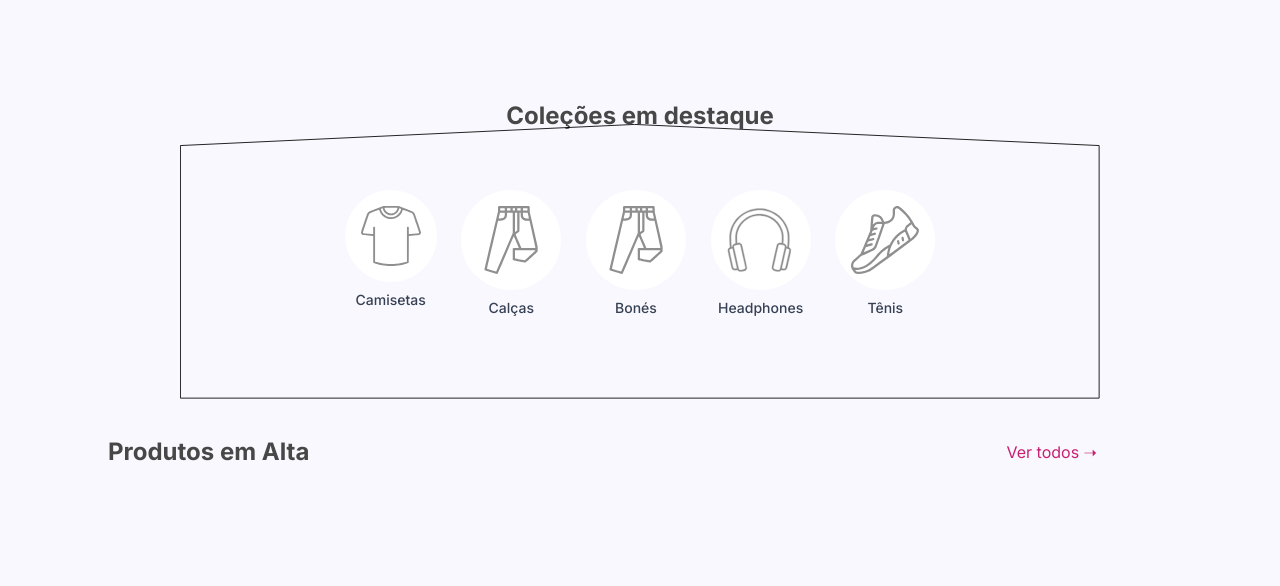
Repository: gimoli/loja-digital
Page: index.html
The author's editor kept a copy of each file at every save. The page is drawn from the files as they stood at one save, then again after the next save.
The browser window is 1280 px wide. The pictures show the part of the page from y = 1294 to 1920 px (the page is 1880 px tall before and 1920 px after).

Above is the page before, as saved 2025-04-25 15:01:28.

### index.html
<!DOCTYPE html>
<html lang="pt-br">
<head>
    <meta charset="UTF-8">
    <meta name="viewport" content="width=device-width, initial-scale=1.0">
    <title>Digital Store</title>
    <link href="./style.css" rel="stylesheet">
    <script src="https://cdn.jsdelivr.net/npm/@tailwindcss/browser@4"></script>
    <link rel="shortcut icon" href="/assets/Logo-Digital.svg" type="image/x-icon">
</head>
<body>
<header class="flex flex-col gap-12 px-[108px] py-[38px]">
    <div class="flex items-center justify-between">
        <div class="flex gap-1">
            <img src="/assets/Logo-Digital.svg" alt="Logo da Digital Store">
            <h1 class="text-4xl text-(--primary-color) font-semibold">Digital Store</h1>
        </div>
        <input type="text" placeholder="Pesquisar produto..." class="bg-(--light-gray-3) py-2 px-3 rounded-lg ml-40 mr-14
         bg-[url(/assets/search.svg)] bg-no-repeat bg-right focus:placeholder-transparent w-[560px] focus:outline-none"/>
        <div>
            <a href="#" class="bg-(--primary-color) text-white rounded-lg px-7 py-3 font-bold text-sm">
                Entrar
            </a>
        </div>
        <div class="relative">
            <img src="/assets/Carrinho-preto.svg" alt="Imagem de um carrinho de compras">
            <div class="flex justify-center items-center absolute bg-(--tertiary-color) text-white font-bold text-xs rounded-full w-[18px] h-[18px] bottom-[15px] left-3">
                2
            </div>
        </div>
    </div>
    </div>
    <nav class="pl-32">
        <ul class="flex gap-6 text-(--dark-gray-2)">
            <li class="hover:text-(--primary-color) hover:font-bold">
                <a href="#">
                Home
            </a>
        </li>
            <li class="hover:text-(--primary-color) hover:font-bold">
                <a href="#">
                Produtos
            </a>
        </li>
            <li class="hover:text-(--primary-color) hover:font-bold">
                <a href="#">
                Categorias
            </a>
        </li>
            <li class="hover:text-(--primary-color) hover:font-bold">
                <a href="#">
                Meus Pedidos
            </a>
        </li>
        </ul>
    </nav>
</header>
<main>
    <section class="flex px-[108px] bg-(--light-gray-3) py-[78px] h-[680px] relative">
        <div class="flex flex-col gap-5 w-[466px]">
            <p class="text-(--warnig-color) font-bold">
                Melhores ofertas personalizadas
            </p>
            <h2 class="font-extrabold text-6xl">
                Queima de estoque Nike 🔥
            </h2>
            <p class="text-(--dark-gray-2) text-lg">
                Consequat culpa exercitation mollit nisi excepteur do do tempor laboris eiusmod irure consectetur.
            </p>
            <a href="#" class="flex items-center justify-center bg-(--primary-color) text-(--light-gray-3) font-bold w-[210px] h-[48px] rounded-lg">
                Ver Ofertas
            </a>
        </div>
        <img src="/assets/White-Sneakers-PNG-Clipart 1.svg" alt="Foto de um tenis branco" class="absolute right-28 bottom-8"/>
        <img src="/assets/ornament.svg" alt="Firula do site - by wendell" class="absolute top-12 right-8">
    </section>

    <section class="flex flex-col gap-15 px-[108px] py-[42px] bg-(--sec-color)">
        <div class="flex flex-col gap-10">
            <h4 class="text-(--dark-gray-2) font-bold text-2xl">
                Coleções em destaque
            </h4>
            <ul class="grid grid-cols-3 gap-3.5 h-68">
                <li  class="flex bg-[#D8E3F2] pl-8 pt-8 rounded-md relative bg-[url(/assets/star-wars-shirt-pic.svg)] bg-no-repeat bg-bottom-right">
                    <div class="w-1/2 z-10">
                    <p class="bg-[#E7FF86] rounded-4xl font-bold text-(--dark-gray-2) w-[96px] text-center py-1.5 text-sm">
                        30% OFF
                    </p>
                    <h5 class="font-bold text-(--dark-gray) text-4xl mt-2.5 mb-8">
                        Novo drop Supreme
                    </h5>
                    <a href="#" class="text-(--primary-color) bg-white rounded-xl font-bold px-12 py-4.5">
                        Comprar
                    </a>
                </div>
                </li>
                <li  class="flex bg-[#D8E3F2] pl-8 pt-8 rounded-md relative bg-[url(/assets/sneaks-pic.svg)] bg-no-repeat bg-bottom-right">
                    <div class="w-1/2 z-10">
                    <p class="bg-[#E7FF86] rounded-4xl font-bold text-(--dark-gray-2) w-[96px] text-center py-1.5 text-sm">
                        30% OFF
                    </p>
                    <h5 class="font-bold text-(--dark-gray) text-4xl mt-2.5 mb-8">
                        Coleção Adidas
                    </h5>
                    <a href="#" class="text-(--primary-color) bg-white rounded-xl font-bold px-12 py-4.5">
                        Comprar
                    </a>
                </div>
                </li>
                <li  class="flex bg-[#D8E3F2] pl-8 pt-8 rounded-md relative bg-[url(/assets/headphone-pic.svg)] bg-no-repeat bg-bottom-right">
                    <div class="w-1/2 z-10">
                    <p class="bg-[#E7FF86] rounded-4xl font-bold text-(--dark-gray-2) w-[96px] text-center py-1.5 text-sm">
                        30% OFF
                    </p>
                    <h5 class="font-bold text-(--dark-gray) text-4xl mt-2.5 mb-8">
                        Novo<br> Beats Bass
                    </h5>
                    <a href="#" class="text-(--primary-color) bg-white rounded-xl font-bold px-12 py-4.5">
                        Comprar
                    </a>
                </div>
                </li>
            </ul>
        </div>

    </section>

    <section class="relative flex flex-col gap-15 px-[180px] py-[42px] bg-(--sec-color)">

        <div class="flex flex-col gap-10 relative">
            <img src="/assets/borda.svg" alt="foto da borda" class="absolute left-0 top-10 " />
            <h4 class="text-(--dark-gray-2) font-bold text-2xl text-center py-4">
                Coleções em destaque
            </h4>
        </div>
    </section>


        <section class="flex justify-evenly px-80  bg-(--sec-color)">
            <div class="flex flex-col items-center">
        <div class="bg-(--white) rounded-full p-4 w-fit">
            <img src="assets/T-shirt.svg" alt="Foto da blus" class=" w-[60px] h-[60px] ">
        </div>
        <span class="mt-2 text-sm font-medium text-gray-700">Camisetas</span>
</div>
            <div class="flex flex-col items-center">
                <div class="bg-(--white) rounded-full p-4 w-fit">
                    <img src="assets/Pants.svg" alt="Foto da calça"  class=" w-17 h-17">
            </div>
                <span class="mt-2 text-sm font-medium text-gray-700">Calças</span>
            </div>

            <div class="flex flex-col items-center">
            <div class="bg-(--white) rounded-full p-4 w-fit">
              <img src="assets/Pants.svg" alt="era para ser o bone"  class=" w-17 h-17">
            </div>
            <span class="mt-2 text-sm font-medium text-gray-700">Bonés</span>
            </div>

            <div class="flex flex-col items-center">
            <div class="bg-(--white) rounded-full p-4 w-fit">
              <img src="assets/Headphones-colecoes-em-destaque.svg" alt="Foto do fone de ouvido"  class=" w-17 h-17">
            </div>
            <span class="mt-2 text-sm font-medium text-gray-700">Headphones</span>
            </div>

            <div class="flex flex-col items-center">
            <div class="bg-(--white) rounded-full p-4 w-fit">
              <img src="assets/Tenis.svg" alt="Foto do Tênis"  class=" w-17 h-17">
            </div>
            <span class="mt-2 text-sm font-medium text-gray-700">Tênis</span>
            </div>

    </section>
    <section class="flex flex-col gap-15 px-[108px] py-[42px] bg-(--sec-color)">
        <div class="flex flex-col gap-10">
            <div class="flex justify-between items-center">
                <h4 class="text-(--dark-gray-2) font-bold text-2xl py-19">
                    Produtos em Alta
                </h4>
                <a href="#" class="text-(--primary-color) mr-[75px]">
                    Ver todos ➝
                </a>
            </div>
        </div>
    </section>
</main>
</body>
</html>

### style.css
@import url('https://fonts.googleapis.com/css2?family=Inter:ital,opsz,wght@0,14..32,100..900;1,14..32,100..900&display=swap');

:root {
    --dark-gray: #1F1F1F;
    --dark-gray-2: #474747;
    --dark-gray-3: #666666;
    --light-gray: #8F8F8F;
    --light-gray-2: #CCCCCC;
    --light-gray-3: #F5F5F5;
    --white: #FFFFFF;
    --sec-color: #F9F8FE;
    --primary-color: #C92071;
    --secondary-color: #B5B6F2;
    --tertiary-color: #991956;
    --error-color: #EE4266;
    --success-color: #52CA76;
    --warnig-color: #F6AA1C;
    --primary-gradient: 180deg, #C92071, #EDABCA;
    --secondary-gradient: 180deg, #B5B6F2, #EFEFFF;
}

* {
    font-family: "Inter", sans-serif;
    box-sizing: border-box;
}

After the next save:
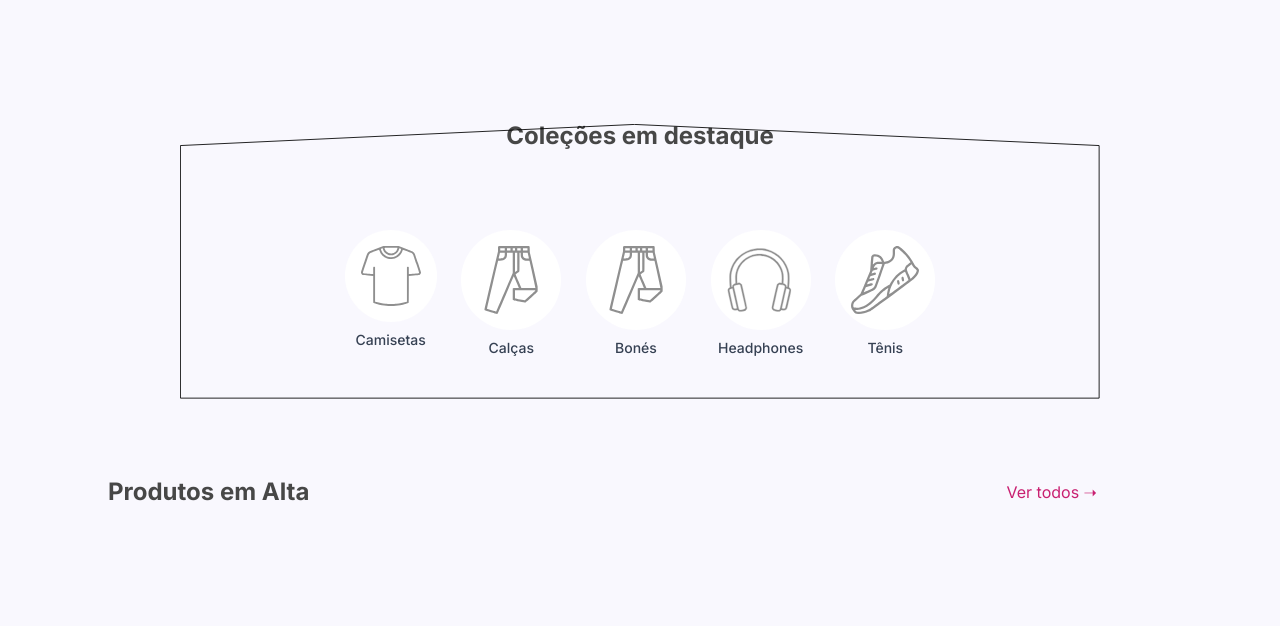
Saved 17 s later.
--- a/index.html
+++ b/index.html
@@ -129,7 +129,7 @@
 
         <div class="flex flex-col gap-10 relative">
             <img src="/assets/borda.svg" alt="foto da borda" class="absolute left-0 top-10 " />
-            <h4 class="text-(--dark-gray-2) font-bold text-2xl text-center py-4">
+            <h4 class="text-(--dark-gray-2) font-bold text-2xl text-center py-9">
                 Coleções em destaque
             </h4>
         </div>

After the 3 saves that followed:
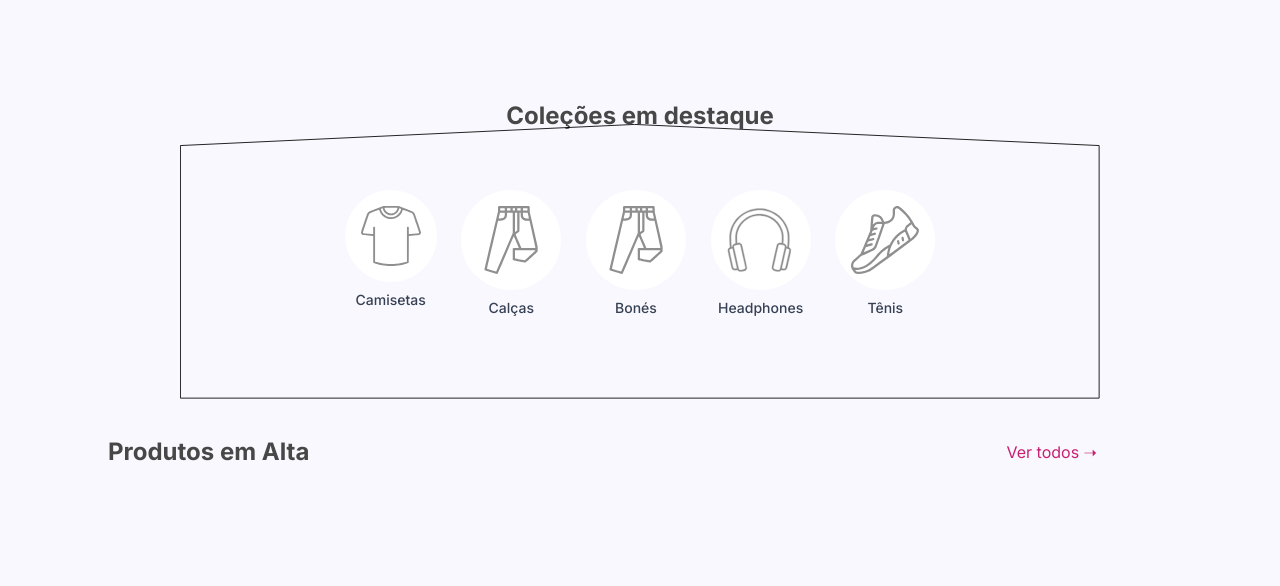
The 3 saves are shown as one change because they came seconds apart.
The last was saved 13 s later.
--- a/index.html
+++ b/index.html
@@ -129,7 +129,7 @@
 
         <div class="flex flex-col gap-10 relative">
             <img src="/assets/borda.svg" alt="foto da borda" class="absolute left-0 top-10 " />
-            <h4 class="text-(--dark-gray-2) font-bold text-2xl text-center py-9">
+            <h4 class="text-(--dark-gray-2) font-bold text-2xl text-center py-4 top-10">
                 Coleções em destaque
             </h4>
         </div>
